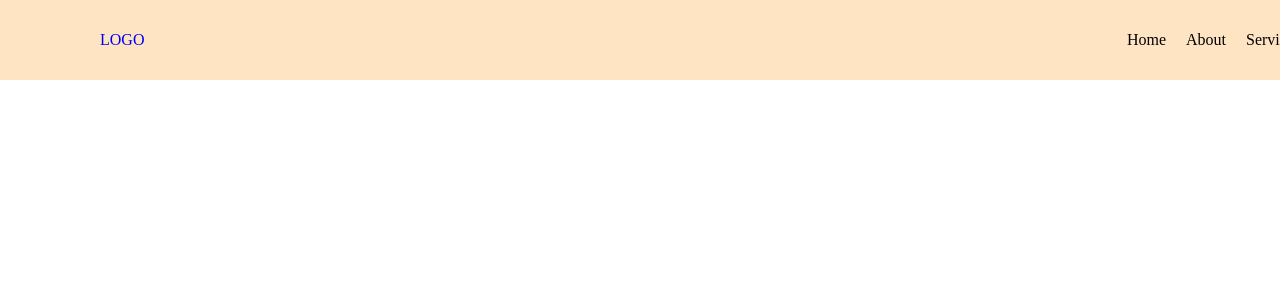
Repository: chanchalsaini/React-WUI
Page: /
These files come from the project's save history. The page is drawn as it stood at one moment and after the next save; the edit follows.
The browser window is 1280 px wide. The pictures show the whole page.
The project was rebuilt for these pictures with package versions that can differ from the ones it lists, and the page was loaded fresh each time.

Above is the page before, as saved 2020-09-21 21:56:13.

### src/index.js
import React from "react";
import ReactDOM from "react-dom";

import App from "./App";
import * as serviceWorker from "./serviceWorker";

ReactDOM.render(
  <React.StrictMode>
    <App />
  </React.StrictMode>,
  document.getElementById("root")
);

serviceWorker.unregister();

### src/App.js
import React, { Fragment } from "react";
import Navbar from "./components/Navbar";
import "./App.css";

function App() {
  return (
    <Fragment>
      <Navbar />
    </Fragment>
  );
}

export default App;

### src/components/Navbar.js
import React from "react";

function Navbar() {
  return (
    <header>
      <a href='/' className='logo'>
        LOGO
      </a>
      <ul className='links'>
        <a href='#' className='link'>
          <li>Home</li>
        </a>
        <a href='#' className='link'>
          <li>About</li>
        </a>
        <a href='#' className='link'>
          <li>Services</li>
        </a>
        <a href='#' className='link'>
          <li>Contact</li>
        </a>
      </ul>
    </header>
  );
}

export default Navbar;

### src/App.css
* {
  margin: 0px;
}
header {
  background-color: bisque;
  display: flex;
  justify-content: space-between;
  align-items: center;
  position: fixed;
  width: 100%;
  height: 80px;
  padding: 0px 40px 0px 100px;
}
.logo {
  text-decoration: none;
}
.links {
  list-style: none;
  display: flex;
  align-items: center;
}
.link {
  text-decoration: none;
  color: black;
  margin: 0px 10px;
}

Loaded but not shown: public/index.html (common file); src/serviceWorker.js (common file)

After the next save:
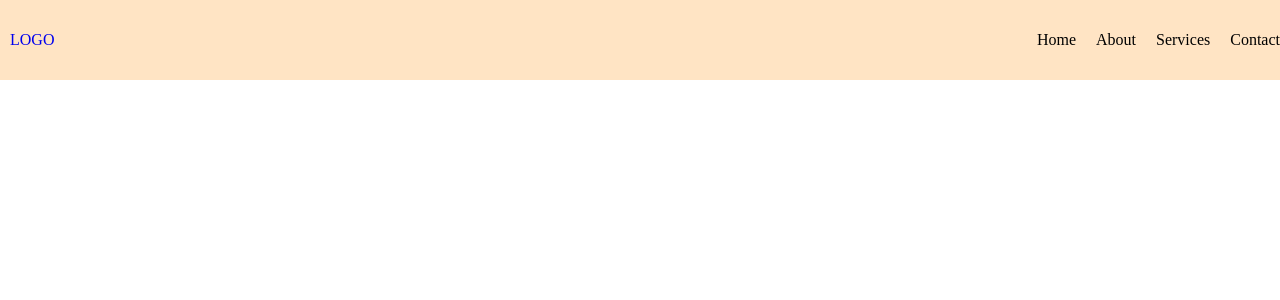
Saved 4 s later.
--- a/src/App.css
+++ b/src/App.css
@@ -9,7 +9,7 @@ header {
   position: fixed;
   width: 100%;
   height: 80px;
-  padding: 0px 40px 0px 100px;
+  padding: 0px 40px 0px 10px;
 }
 .logo {
   text-decoration: none;
